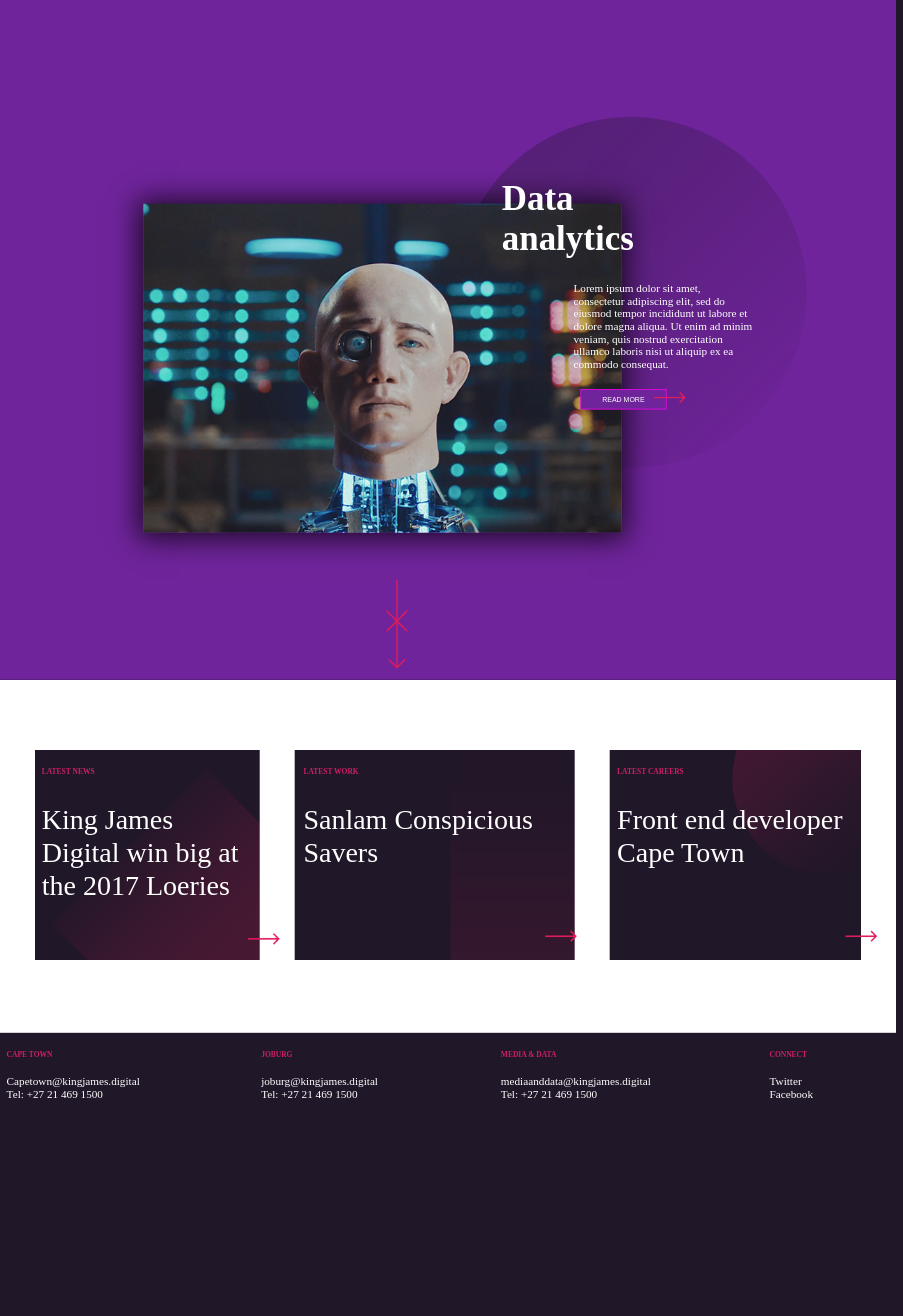
Repository: Ajtheult/King-James-Site
Page: index.html
These files come from the project's save history. The page is drawn as it stood at one moment and after the next save; the edit follows.
The browser window is 1280 px wide. The page is 1290 px wide, so the pictures cover 1290 px, including what lies to the right of the window. The pictures show the part of the page from y = 2339 to 4219 px (the page is 4219 px tall), at 70% of full size.
Some web fonts or font styles are not loaded; a fallback is used. The style sheet was rebuilt from its Sass, Less or Tailwind sources for each picture, by a compiler version that may differ from the author's.

Above is the page before, as saved 2020-08-21 15:16:24.

### index.html
<!DOCTYPE html>
<html lang="en">
  <head>
    <meta charset="UTF-8" />
    <meta name="viewport" content="width=device-width, initial-scale=1.0" />
    <!-- Font Awesome -->
    <link
      rel="stylesheet"
      href="https://use.fontawesome.com/releases/v5.7.2/css/all.css"
      integrity="sha384-fnmOCqbTlWIlj8LyTjo7mOUStjsKC4pOpQbqyi7RrhN7udi9RwhKkMHpvLbHG9Sr"
      crossorigin="anonymous"
    />
    <!-- Font Awesome -->
    <!-- Fonts -->
    <link
      href="https://fonts.googleapis.com/css2?family=Playfair+Display&display=swap"
      rel="stylesheet"
    />
    <link
      href="https://fonts.googleapis.com/css2?family=Gruppo&display=swap"
      rel="stylesheet"
    />
    <!-- Fonts -->
    <link rel="stylesheet" href="./styling/index.css" />
    <title>King James</title>
  </head>
  <body>
    <div class="box">
      <i class="fas fa-bars move_icon"></i>
      <img
        src="./kjd-fontend-test-files/kjd-assets/kjd-logo.png"
        alt="img"
        class="heading"
      />
      <img
        src="./kjd-fontend-test-files/kjd-assets/arrow-down.png"
        alt=""
        srcset=""
        class="white_arrow"
      />
    </div>
    <div class="box_two">
      <div>
        We offer an interconnected set of services to help our clients respond
        to the disruptions and seize the opportunities of the digital age.
        <button type="button">ABOUT US</button>
        <img
          src="./kjd-fontend-test-files/kjd-assets/arrow-right.png"
          alt="arrow"
          class="arrow_by_button"
        />
      </div>
    </div>
    <!-- Second section -->
    <div class="box_three">
      <img
        src="./kjd-fontend-test-files/kjd-assets/missing.png"
        alt="cross"
        class="move_cross"
      />
      <div class="text-box">
        <h1 class="title">Advertising communications</h1>
        <p>
          Lorem ipsum dolor sit amet, consectetur adipiscing elit, sed do
          eiusmod tempor incididunt ut labore et dolore magna aliqua. Ut enim ad
          minim veniam, quis nostrud exercitation ullamco laboris nisi ut
          aliquip ex ea commodo consequat.
        </p>
        <button type="button">READ MORE</button>
        <img
          src="./kjd-fontend-test-files/kjd-assets/arrow-right.png"
          alt="arrow"
          class="arrow_by_button"
        />
      </div>
      <img
        src="./kjd-fontend-test-files/kjd-assets/hex-gradient.png"
        alt="hex"
        class="move_hex"
      />
      <img
        src="./kjd-fontend-test-files/kjd-assets/arrow-glyph.png"
        alt="arrow"
        class="cross_arrow"
      />
      <img
        src="./kjd-fontend-test-files/kjd-assets/image-slider-1.jpg"
        alt="people"
        class="people"
      />
      <img
        src="./kjd-fontend-test-files/kjd-assets/glyph.png"
        alt="squiggle"
        class="squiggle"
      />
    </div>
    <div class="box_four">
      <img
        src="./kjd-fontend-test-files/kjd-assets/circle-gradient.png"
        alt="circle"
        class="circle"
      />
      <img
        src="./kjd-fontend-test-files/kjd-assets/image-slider-2.jpg"
        alt="robot"
        class="robot"
      />
      <div class="text-box-2">
        <h1 class="title_of_robot">Data analytics</h1>
        <p>
          Lorem ipsum dolor sit amet, consectetur adipiscing elit, sed do
          eiusmod tempor incididunt ut labore et dolore magna aliqua. Ut enim ad
          minim veniam, quis nostrud exercitation ullamco laboris nisi ut
          aliquip ex ea commodo consequat.
        </p>
        <button type="button">READ MORE</button>
        <img
          src="./kjd-fontend-test-files/kjd-assets/arrow-right.png"
          alt="arrow"
          class="arrow_by_button"
        />
      </div>
      <img
        src="./kjd-fontend-test-files/kjd-assets/arrow-glyph-2.png"
        alt="arrowtwo"
        class="arrow_with_cross"
      />
    </div>
    <div class="box_five">
      <div class="grid-container">
        <div class="grid-item num_one">
          <h6>LATEST NEWS</h6>
          <p>King James Digital win big at the 2017 Loeries</p>
          <img
            src="./kjd-fontend-test-files/kjd-assets/arrow-right.png"
            alt="right_arrow"
            class="first_arrow"
          />
        </div>
        <div class="grid-item num_two">
          <h6>LATEST WORK</h6>
          <p>
            Sanlam Conspicious Savers
          </p>
          <img
            src="./kjd-fontend-test-files/kjd-assets/arrow-right.png"
            alt="right_arrow"
            class="second_arrow"
          />
        </div>
        <div class="grid-item num_three">
          <h6>LATEST CAREERS</h6>
          <p>Front end developer Cape Town</p>
          <img
            src="./kjd-fontend-test-files/kjd-assets/arrow-right.png"
            alt="right_arrow"
            class="third_arrow"
          />
        </div>
      </div>
    </div>
    <footer class="box_six">
      <div class="grid-container">
        <div class="grid-item num_one_two">
          <h6>CAPE TOWN</h6>
          <p>
            Capetown@kingjames.digital <br />
            Tel: +27 21 469 1500
          </p>
        </div>
        <div class="grid-item num_two_two">
          <h6>JOBURG</h6>
          <p>
            joburg@kingjames.digital <br />
            Tel: +27 21 469 1500
          </p>
        </div>
        <div class="grid-item num_three_two">
          <h6>MEDIA & DATA</h6>
          <p>
            mediaanddata@kingjames.digital <br />
            Tel: +27 21 469 1500
          </p>
        </div>
        <div class="grid-item num_four_two">
          <h6>CONNECT</h6>
          <p>
            Twitter <br />
            Facebook
          </p>
        </div>
      </div>
    </footer>
  </body>
</html>

### styling/index.scss
body {
  margin: 0;
  padding: 0;
  background-color: rgb(32, 23, 40);
}

.box {
  background-image: url(../kjd-fontend-test-files/kjd-assets/hearo-top.jpg);
  background-position: center;
  background-size: cover;
  height: 120vh;
  clip-path: polygon(0 0, 100% 0%, 100% 100%, 0 92%);
  .heading {
    color: black;
    position: absolute;
    top: 50%;
    left: 50%;
    transform: translate(-50%, -50%);
    text-align: center;
  }
  .move_icon {
    color: white;
    margin-left: 98%;
    margin-top: 1%;
  }
  .white_arrow {
    top: 95%;
    left: 50%;
    transform: translate(-50%, -50%);
    position: absolute;
  }
}

.box_two {
  background-color: rgb(111, 36, 155);
  height: 50%;
  width: 70%;
  position: absolute;
  top: 68%;
  left: 50%;
  transform: translate(-50%, -50%);
  margin-top: 420px;
  clip-path: polygon(0 0, 100% 0, 100% 87%, 0% 100%);
  div {
    font-size: 265%;
    font-family: "Playfair Display", serif;
    text-align: center;
    color: white;
    margin-top: 2%;
    position: absolute;
    padding-left: 10%;
    padding-right: 10%;
  }
  button {
    border: 1px solid rgb(255, 0, 242);
    background-color: rgb(111, 36, 155);
    color: white;
    padding: 8px 30px;
    font-size: 10px;
    position: absolute;
    transform: translate(-70%, 270%);
  }
  .arrow_by_button {
    transform: translate(30%, 340%);
  }
}

.box_three {
  margin-top: 50%;
  .move_cross {
    position: absolute;
    top: 170%;
    left: 50%;
    transform: translate(-50%, -50%);
    z-index: -1;
  }
  .move_hex {
    transform: translate(90%, -125%);
    // z-index: -1;
  }
  .people {
    transform: translate(20%, -102%);
  }
  .squiggle {
    transform: translate(20%, -720%);
  }
  .cross_arrow {
    transform: translate(50%, -300%);
  }
  .text-box {
    transform: translate(95%, -80%);
    width: 20%;
    // z-index: 2;
    .title {
      font-size: 350%;
      color: white;
    }
    p {
      color: white;
      font-family: "Gruppo", cursive;
    }
    button {
      border: 1px solid rgb(255, 0, 242);
      background-color: rgb(32, 23, 40);
      color: white;
      padding: 8px 30px;
      font-size: 10px;
      position: absolute;
      transform: translate(0%, 50%);
    }
    .arrow_by_button {
      transform: translate(230%, 130%);
    }
  }
}

.box_four {
  height: 150vh;
  background-color: rgb(111, 36, 155);
  margin-top: -100px;
  clip-path: polygon(0 9%, 150% 0%, 100% 100%, 0% 100%);
  .circle {
    position: absolute;
    transform: translate(130%, 55%);
  }
  .robot {
    transform: translate(30%, 85%);
    -webkit-box-shadow: -1px 2px 38px 7px rgba(0, 0, 0, 0.75);
    -moz-box-shadow: -1px 2px 38px 7px rgba(0, 0, 0, 0.75);
    box-shadow: -1px 2px 38px 7px rgba(0, 0, 0, 0.75);
  }
  .text-box-2 {
    transform: translate(300%, -50%);
    width: 20%;
    // z-index: 2;
    .title_of_robot {
      font-size: 312%;
      color: white;
      transform: translate(-20%, 10%);
    }
    p {
      color: white;
      font-family: "Gruppo", cursive;
      transform: translate(20%, 10%);
    }
    button {
      border: 1px solid rgb(255, 0, 242);
      background-color: rgb(111, 36, 155);
      color: white;
      padding: 8px 30px;
      font-size: 10px;
      position: absolute;
      transform: translate(50%, 80%);
    }
    .arrow_by_button {
      transform: translate(370%, 170%);
    }
  }
  .arrow_with_cross {
    float: right;
    transform: translate(-2250%, 95%);
  }
}

.box_five {
  height: 70vh;
  background-color: white;
  .grid-container {
    display: grid;
    grid-column-gap: 50px;
    grid-template-columns: auto auto auto;
    padding-top: 100px;
    padding-left: 50px;
    padding-right: 50px;
    .grid-item {
      height: 300px;
      text-align: center;
      background-position: center;
      background-size: cover;
      h6 {
        color: rgb(204, 32, 104);
        text-align: left;
        padding-left: 3%;
        font-family: "Gruppo", cursive;
      }
      p {
        color: white;
        font-size: 250%;
        width: 90%;
        text-align: left;
        padding-left: 3%;
      }
    }
    .num_one {
      background-image: url(../kjd-fontend-test-files/kjd-assets/bg-square-gradient.png);
      .first_arrow {
        transform: translate(370%, 30%);
      }
    }
    .num_two {
      background-image: url(../kjd-fontend-test-files/kjd-assets/bg-rectangle-gradient.png);
      .second_arrow {
        transform: translate(400%, 300%);
      }
    }
    .num_three {
      background-image: url(../kjd-fontend-test-files/kjd-assets/bg-circle-gradient.png);
      .third_arrow {
        transform: translate(400%, 300%);
      }
    }
  }
}

.box_six {
  height: 50vh;
  .grid-container {
    display: grid;
    grid-column-gap: 50px;
    grid-template-columns: auto auto auto auto;

    .grid-item {
      height: 300px;
      text-align: center;

      h6 {
        color: rgb(204, 32, 104);
        text-align: left;
        padding-left: 3%;
      }
      p {
        color: white;
        font-size: 100%;
        width: 90%;
        text-align: left;
        padding-left: 3%;
        font-family: "Gruppo", cursive;
      }
    }
    .num_one_two {
      .first_arrow {
        transform: translate(370%, 30%);
      }
    }
    .num_two_two {
      .second_arrow {
        transform: translate(400%, 300%);
      }
    }
    .num_three_two {
      .third_arrow {
        transform: translate(400%, 300%);
      }
    }
    .num_four_two {
      .third_arrow {
        transform: translate(400%, 300%);
      }
    }
  }
}

// Mobile
@media (max-width: 910px) {
  .box {
    background-image: url(../kjd-fontend-test-files/kjd-assets/hearo-top.jpg);
    background-position: center;
    background-size: cover;
    height: 120vh;
    clip-path: polygon(0 0, 100% 0, 100% 100%, 0 89%);
    .heading {
      color: black;
      position: absolute;
      top: 50%;
      left: 50%;
      transform: translate(-50%, -50%);
      text-align: center;
    }
    .move_icon {
      color: white;
      margin-left: 96%;
      margin-top: 1%;
    }
    .white_arrow {
      top: 93%;
      left: 50%;
      transform: translate(-50%, -50%);
      position: absolute;
    }
  }
  .box_two {
    background-color: rgb(111, 36, 155);
    height: 50%;
    width: 70%;
    position: absolute;
    top: 70%;
    left: 50%;
    transform: translate(-50%, -50%);
    margin-top: 420px;
    clip-path: polygon(0 0, 100% 0, 100% 87%, 0% 100%);
    div {
      font-size: 140%;
      font-family: "Playfair Display", serif;
      text-align: center;
      color: white;
      margin-top: 5%;
      position: absolute;
      padding-left: 10%;
      padding-right: 10%;
    }
    button {
      border: 1px solid rgb(255, 0, 242);
      background-color: rgb(111, 36, 155);
      color: white;
      padding: 8px 30px;
      font-size: 10px;
      position: absolute;
      transform: translate(-90%, 270%);
    }
    .arrow_by_button {
      transform: translate(-10%, 450%);
    }
  }
  // Box 3
  .box_three {
    margin-top: 850px;
    .move_cross {
      position: absolute;
      top: 170%;
      left: 50%;
      transform: translate(-50%, -50%);
      z-index: -1;
    }
    .move_hex {
      transform: translate(90%, -125%);
      width: 50%;
      height: 50%;
      // z-index: -1;
    }
    .people {
      transform: translate(20%, -102%);
    }
    .squiggle {
      transform: translate(20%, -720%);
    }
    .cross_arrow {
      transform: translate(50%, -300%);
    }
    .text-box {
      transform: translate(95%, -80%);
      width: 20%;
      // z-index: 2;
      .title {
        font-size: 350%;
        color: white;
      }
      p {
        color: white;
        font-family: "Gruppo", cursive;
      }
      button {
        border: 1px solid rgb(255, 0, 242);
        background-color: rgb(32, 23, 40);
        color: white;
        padding: 8px 30px;
        font-size: 10px;
        position: absolute;
        transform: translate(0%, 50%);
      }
      .arrow_by_button {
        transform: translate(230%, 130%);
      }
    }
  }

  .box_four {
    height: 100vh;
    background-color: rgb(111, 36, 155);
    margin-top: -200px;
    clip-path: polygon(0 9%, 100% 0%, 100% 100%, 0% 100%);
  }
}

After the next save:
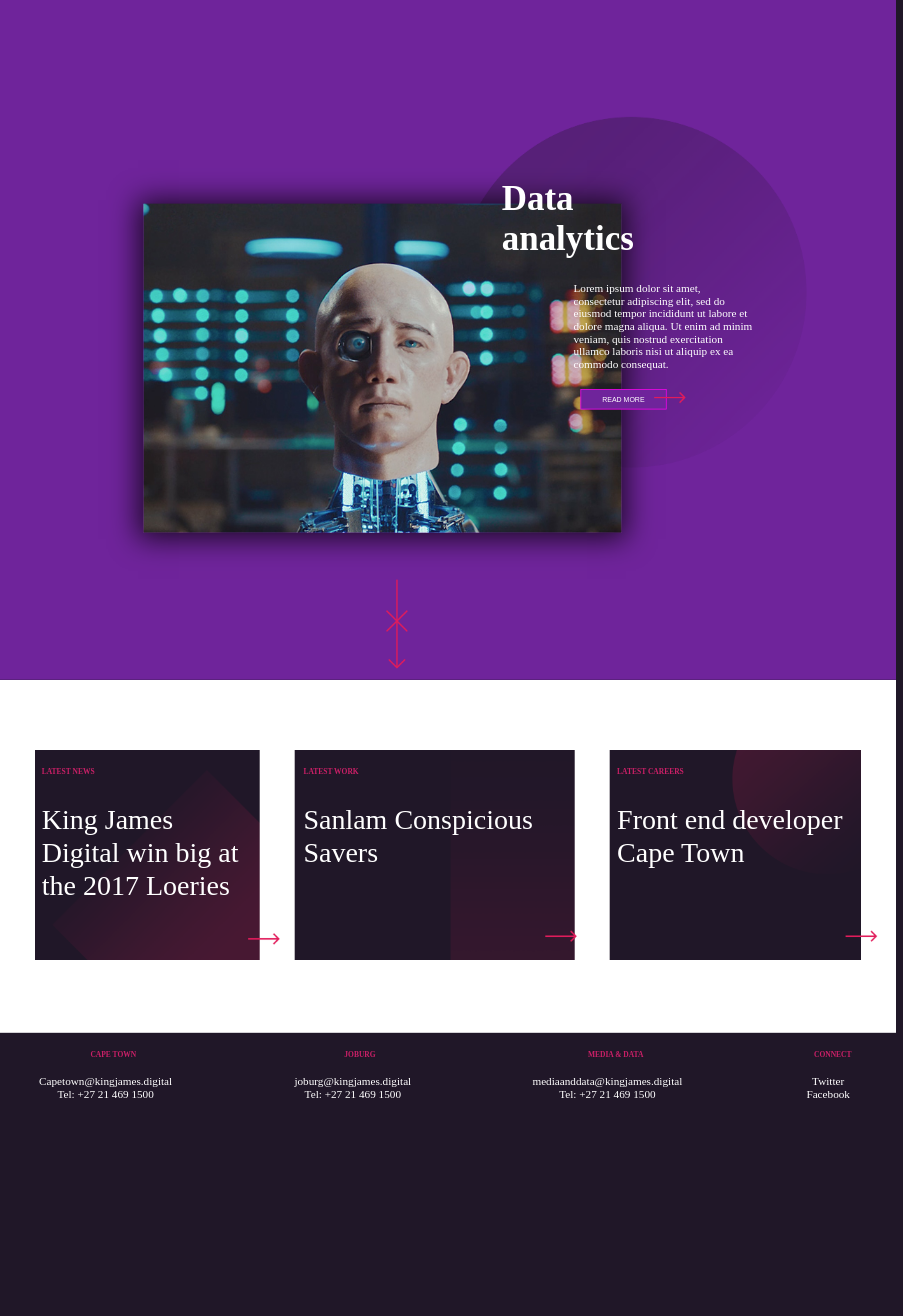
Saved 24 s later.
--- a/styling/index.scss
+++ b/styling/index.scss
@@ -225,14 +225,12 @@
 
       h6 {
         color: rgb(204, 32, 104);
-        text-align: left;
         padding-left: 3%;
       }
       p {
         color: white;
         font-size: 100%;
         width: 90%;
-        text-align: left;
         padding-left: 3%;
         font-family: "Gruppo", cursive;
       }

After the save that followed:
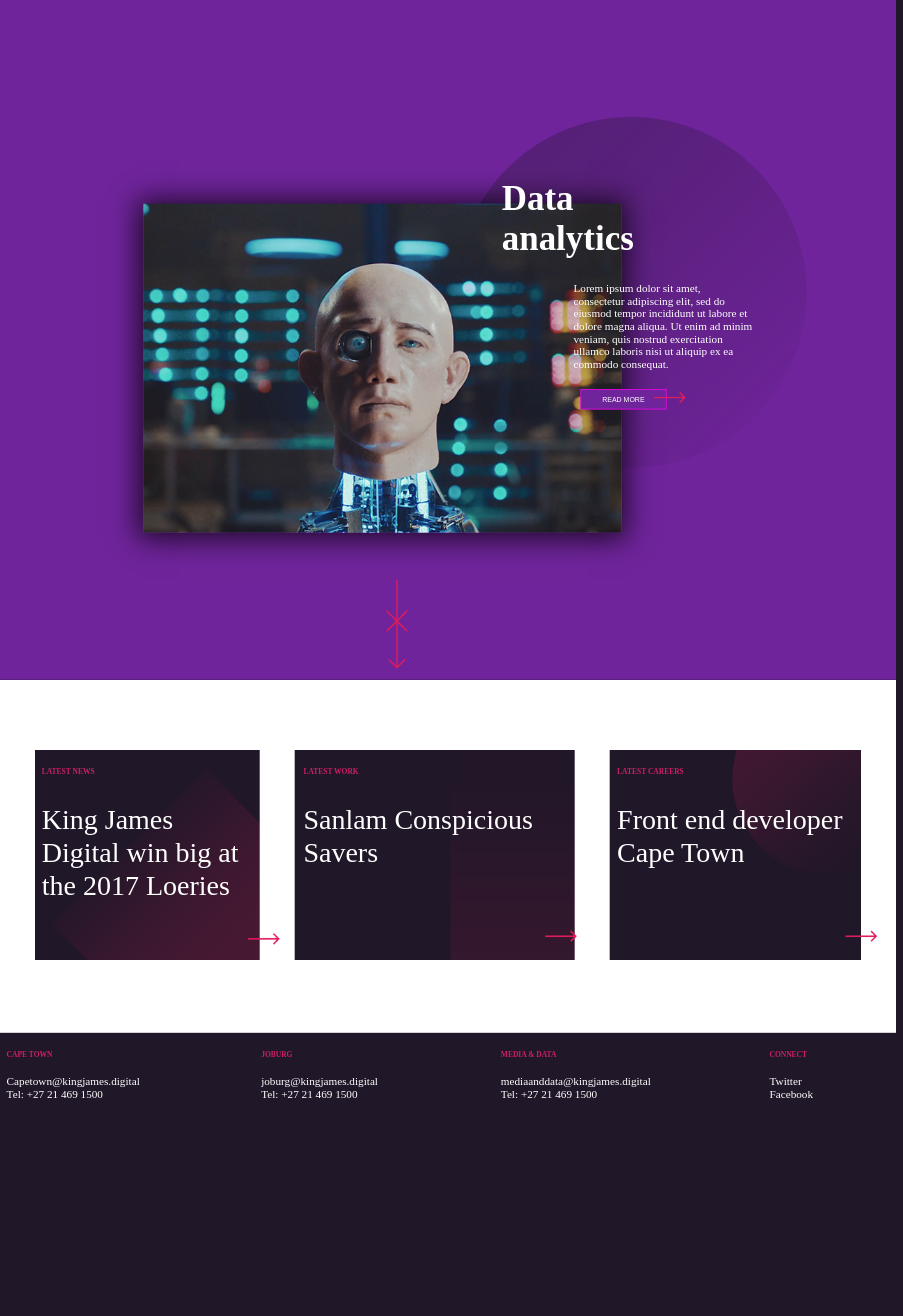
Saved 8 s later.
--- a/styling/index.scss
+++ b/styling/index.scss
@@ -225,12 +225,14 @@
 
       h6 {
         color: rgb(204, 32, 104);
+        text-align: left;
         padding-left: 3%;
       }
       p {
         color: white;
         font-size: 100%;
         width: 90%;
+        text-align: left;
         padding-left: 3%;
         font-family: "Gruppo", cursive;
       }
